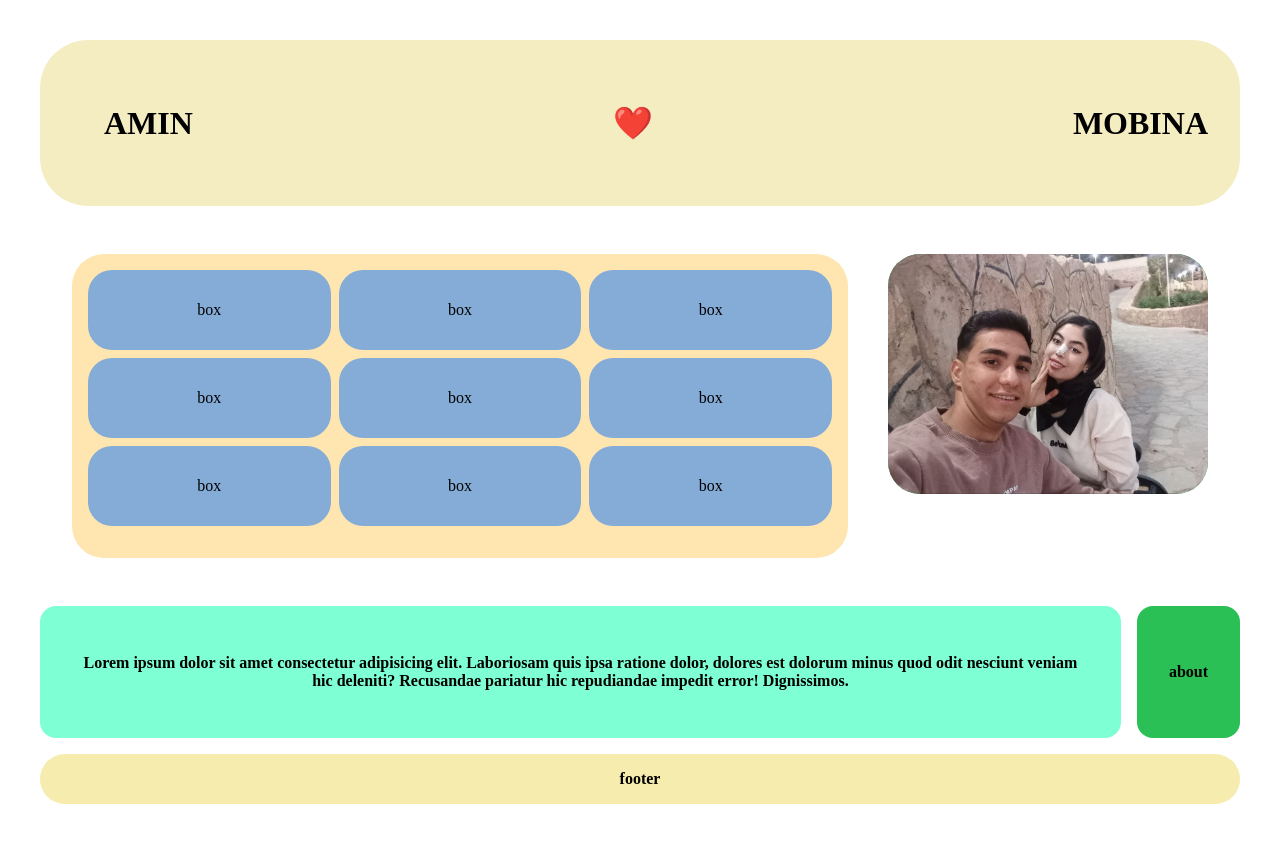
Repository: aminsheikhan/amins-github
Page: ui1.html
An editor plug-in stored every save of this project. The page is shown before and after a run of saves, followed by the edit.
The browser window is 1280 px wide. The pictures show the whole page.

Above is the page before, as saved 2026-01-07 18:09:20.

After the next 2 saves:
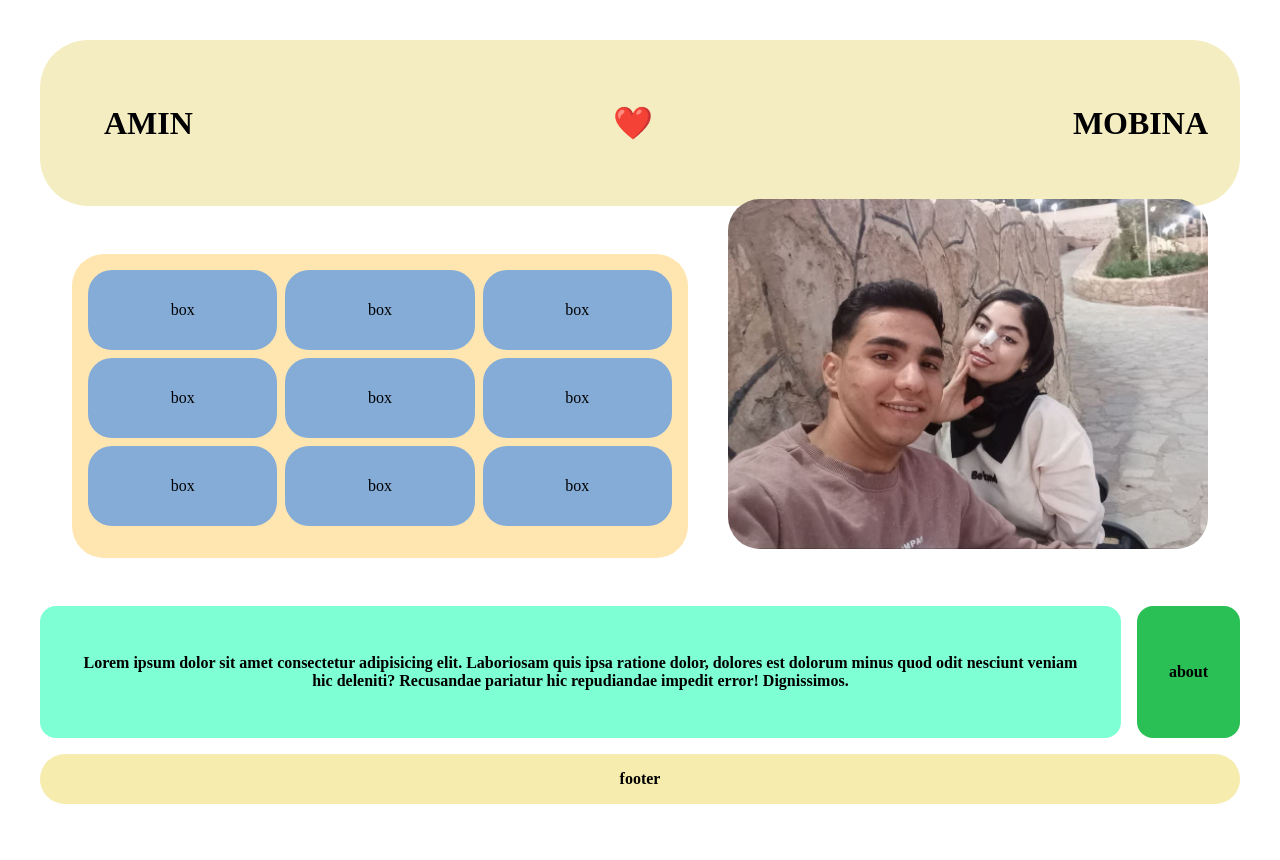
The 2 saves are shown as one change because they came seconds apart.
The last was saved 5 s later.
--- a/ui1.css
+++ b/ui1.css
@@ -52,7 +52,7 @@ body{
     font-size: 1rem;
     font-weight: bold;
     border-radius: 2rem;
-    max-width: 20rem;
+    max-width: 30rem;
     max-height: 15rem;
 }
 
